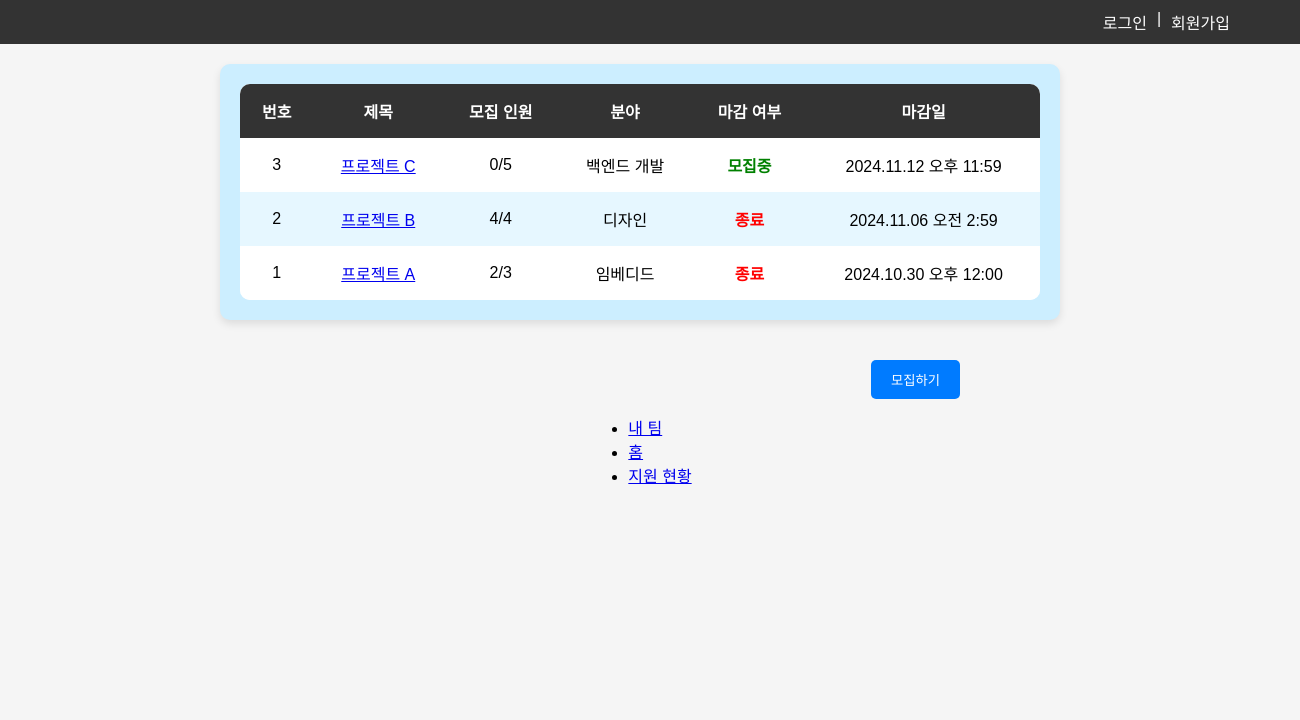
Repository: TUK-WEBSERIVCE/tuk-team-gem
Page: tuk-team-gem/src/main/webapp/main/mainPage.html
An editor plug-in stored every save of this project. The page is shown before and after the next save, followed by the edit.
The browser window is 1280 px wide. The page is 1300 px wide, so the pictures cover 1300 px, including what lies to the right of the window. The pictures show the whole page.

Above is the page before, as saved 2024-11-13 13:04:11.

After the next save:
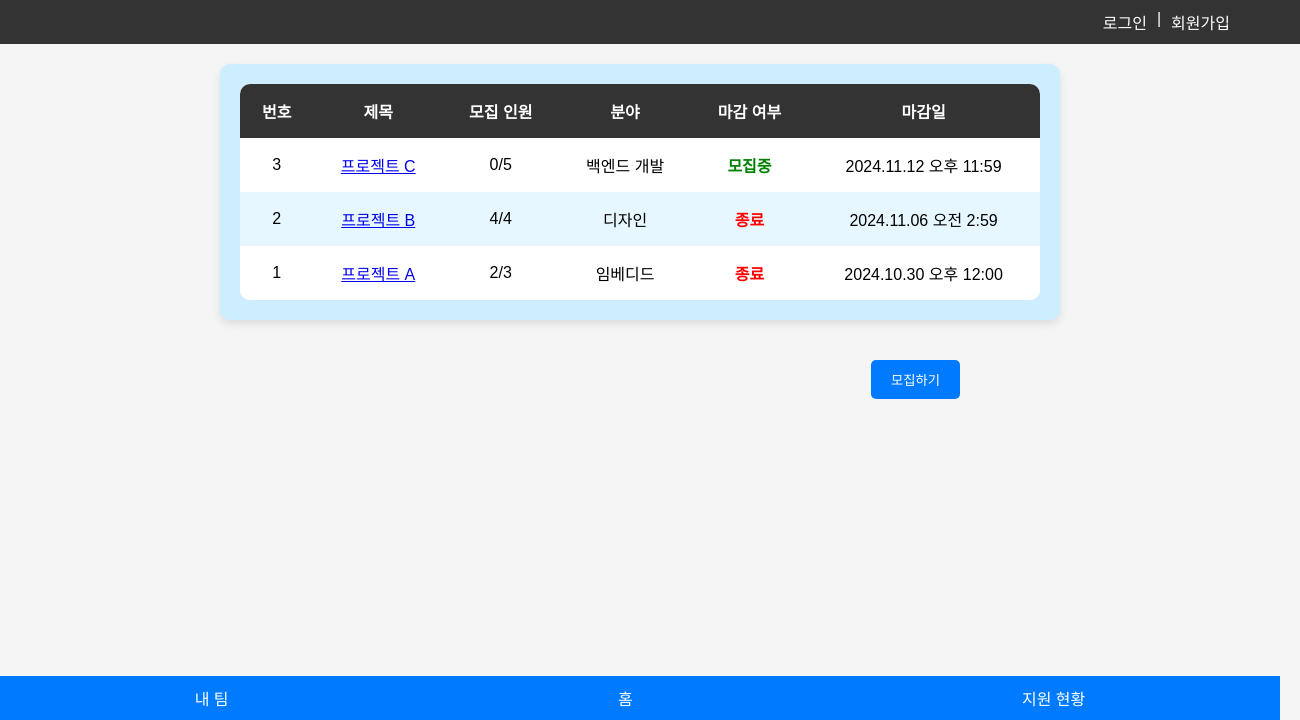
Saved 26 s later.
--- a/tuk-team-gem/src/main/webapp/main/mainPage.html
+++ b/tuk-team-gem/src/main/webapp/main/mainPage.html
@@ -102,6 +102,25 @@
     		margin-left: 10px;
     		margin-right: 10px;
 		}
+
+		nav {
+            width: 100%;
+            background-color: #007bff;
+            padding: 10px 0;
+            position: fixed;
+            bottom: 0;
+        }
+        nav ul {
+            list-style-type: none;
+            display: flex;
+            justify-content: space-around;
+            margin: 0;
+            padding: 0;
+        }
+        nav ul li a {
+            color: white;
+            text-decoration: none;
+        }
     </style>
 </head>
 <body>
